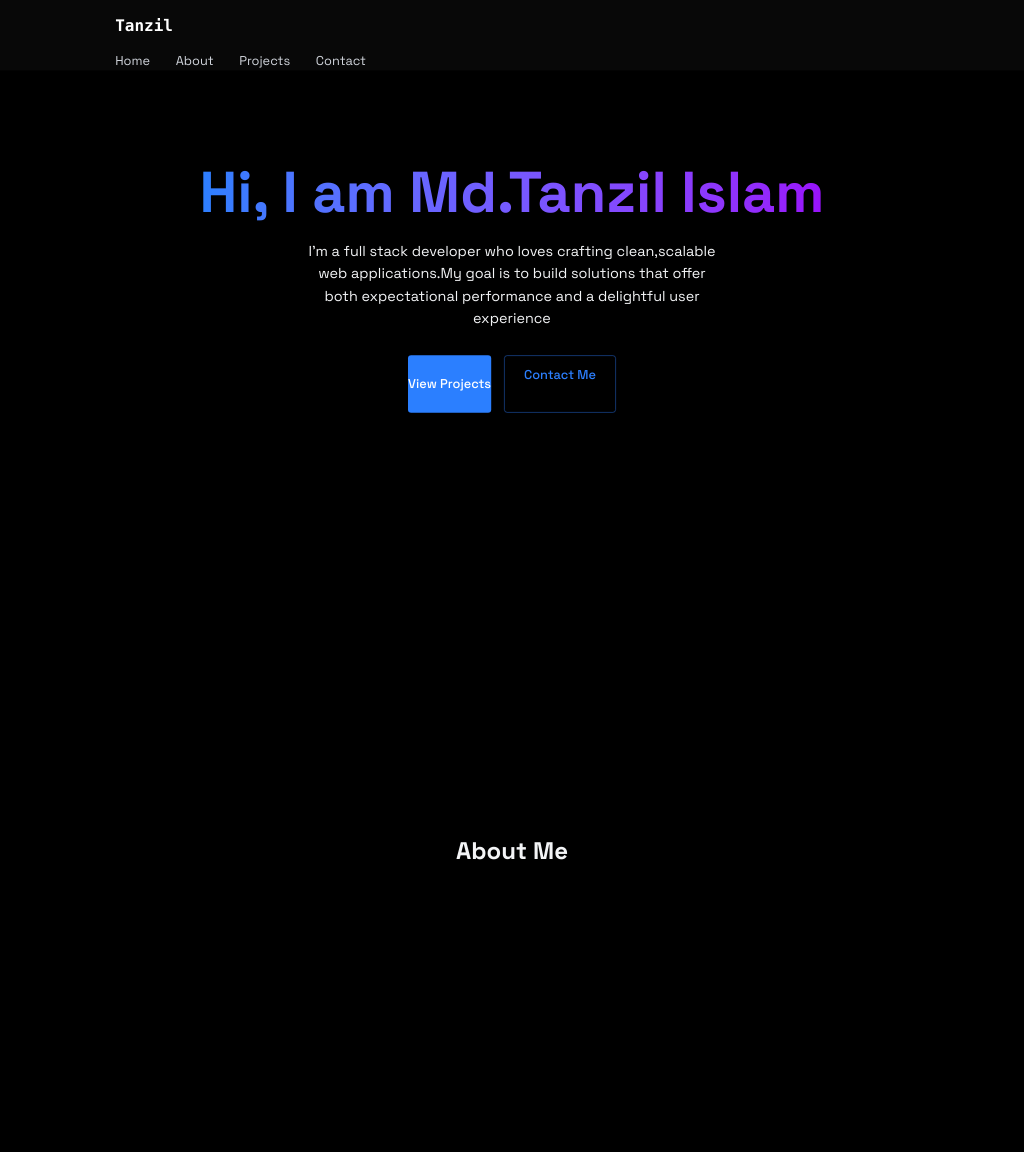
Repository: tanimtanzilislam/my_portfolio
Page: /
These files come from the project's save history. The page is drawn as it stood at one moment and after the next save; the edit follows.
The browser window is 1280 px wide. The pictures show the whole page, at 80% of full size.
The project was rebuilt for these pictures with package versions that can differ from the ones it lists, and the page was loaded fresh each time. Also part of the build but not shown: vite.config.js.

Above is the page before, as saved 2025-05-10 13:10:31.

After the next save:
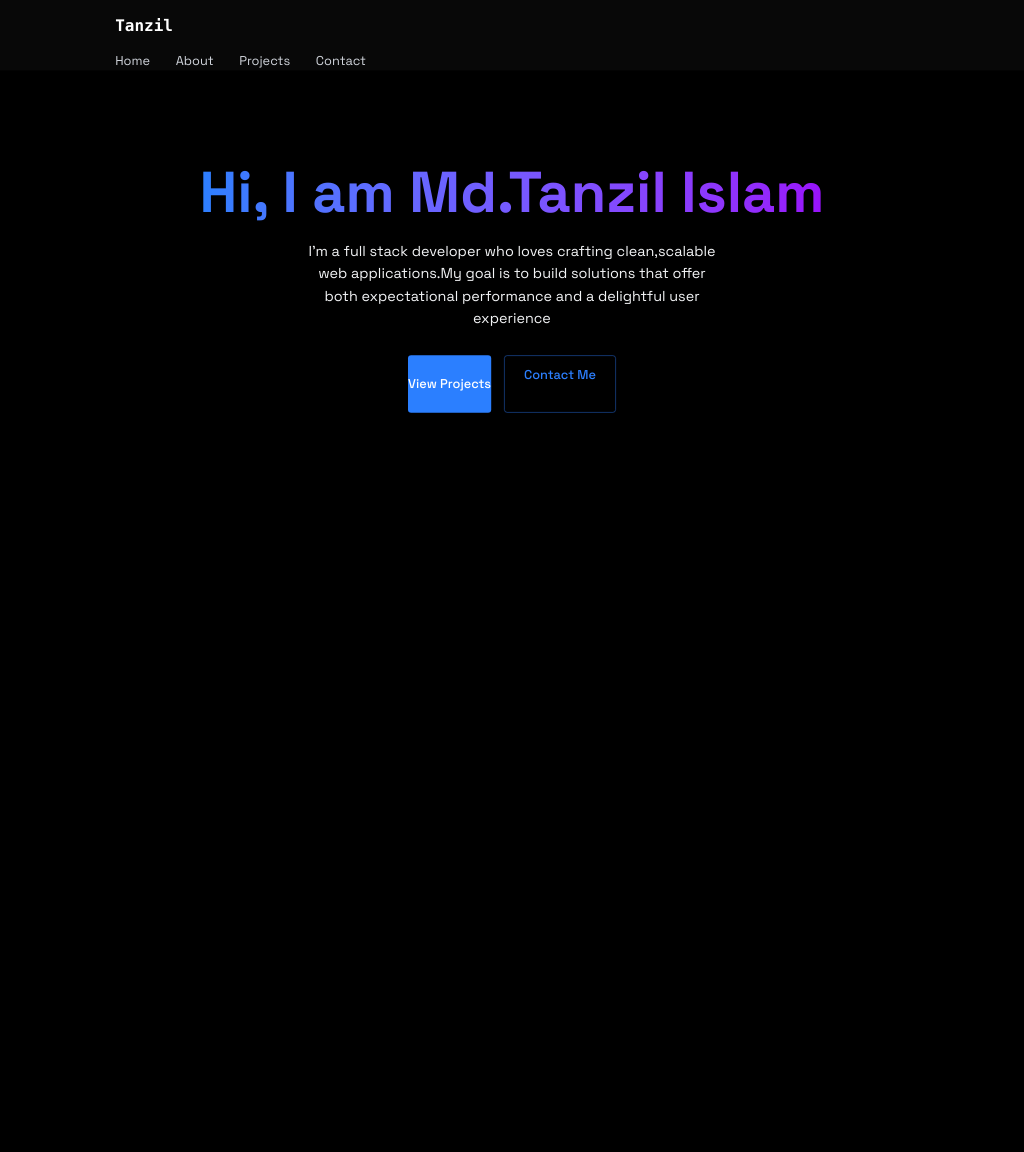
Saved 17 s later.
--- a/src/components/sections/About.jsx
+++ b/src/components/sections/About.jsx
@@ -1,7 +1,7 @@
 export  const About=()=>{
     return <section id="about" className="min-h-screen flex items-center justify-center py-20">
         <div className="mex-w-3xl mx-auto px-4">
-            <h2 className="text-3xl font-bold mb-8  bg-gradient from blue-500 to-cyan-400  bg-clip-text text-center"> About Me</h2>
+            <h2 className="text-3xl font-bold mb-8  bg-gradient from blue-500 to-cyan-400  bg-clip-text text-transparent text-center"> About Me</h2>
         </div>
     </section>
 }
